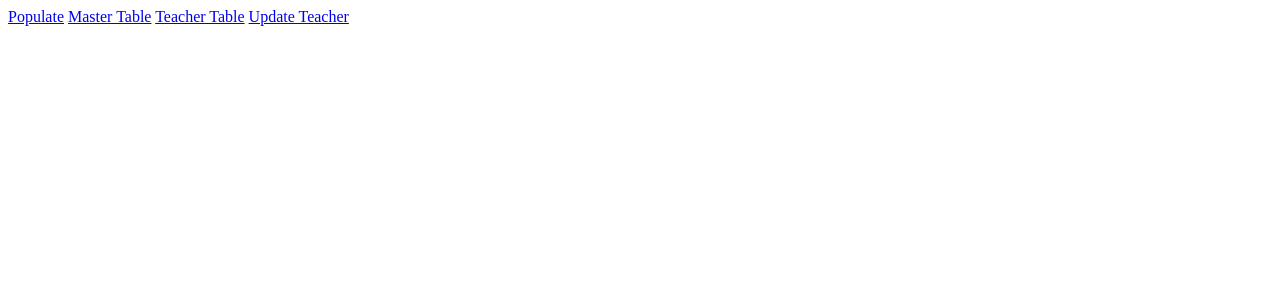
Repository: PrassanAchhaiyya/LearnersAcademy
Page: LearnersAcademy/src/main/webapp/index.html
The author's editor kept a copy of each file at every save. The page is drawn from the files as they stood at one save, then again after the next save.
The browser window is 1280 px wide. The pictures show the whole page.

Above is the page before, as saved 2022-04-27 16:55:53.

### LearnersAcademy/src/main/webapp/index.html
<!DOCTYPE html>
<html>
<head>
<meta charset="ISO-8859-1">
<title>Insert title here</title>
</head>
<body>
<a href="populate" >Populate</a>
<a href="read-master-table">Master Table</a>
<a href="read-teacher-table">Teacher Table</a>

<a href="update-teacher table">Update Teacher</a>


</body>
</html>

After the next save:
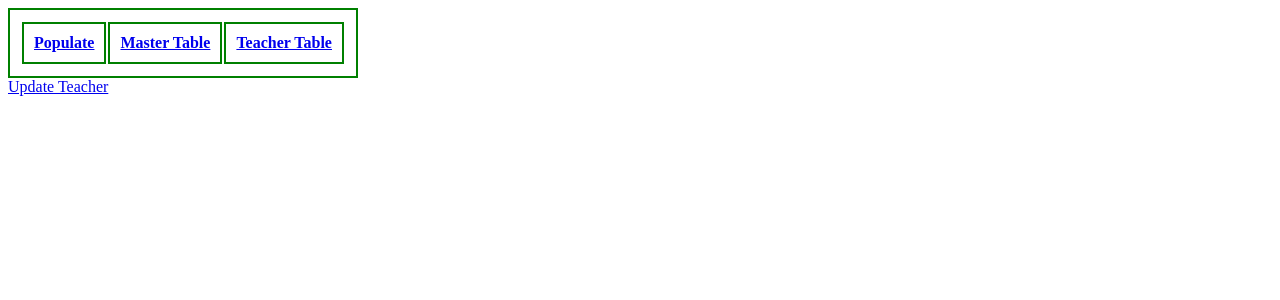
Saved 34 min 5 s later.
--- a/LearnersAcademy/src/main/webapp/index.html
+++ b/LearnersAcademy/src/main/webapp/index.html
@@ -3,11 +3,16 @@
 <head>
 <meta charset="ISO-8859-1">
 <title>Insert title here</title>
+<style> table,td,th{border:2px solid green;padding:10px;}</style>
 </head>
 <body>
-<a href="populate" >Populate</a>
-<a href="read-master-table">Master Table</a>
-<a href="read-teacher-table">Teacher Table</a>
+<table>
+<tr>
+<th><a href="populate" >Populate</a></th>
+<th><a href="read-master-table">Master Table</a></th>
+<th><a href="read-teacher-table">Teacher Table</a></th>
+</tr>
+</table>
 
 <a href="update-teacher table">Update Teacher</a>
 
